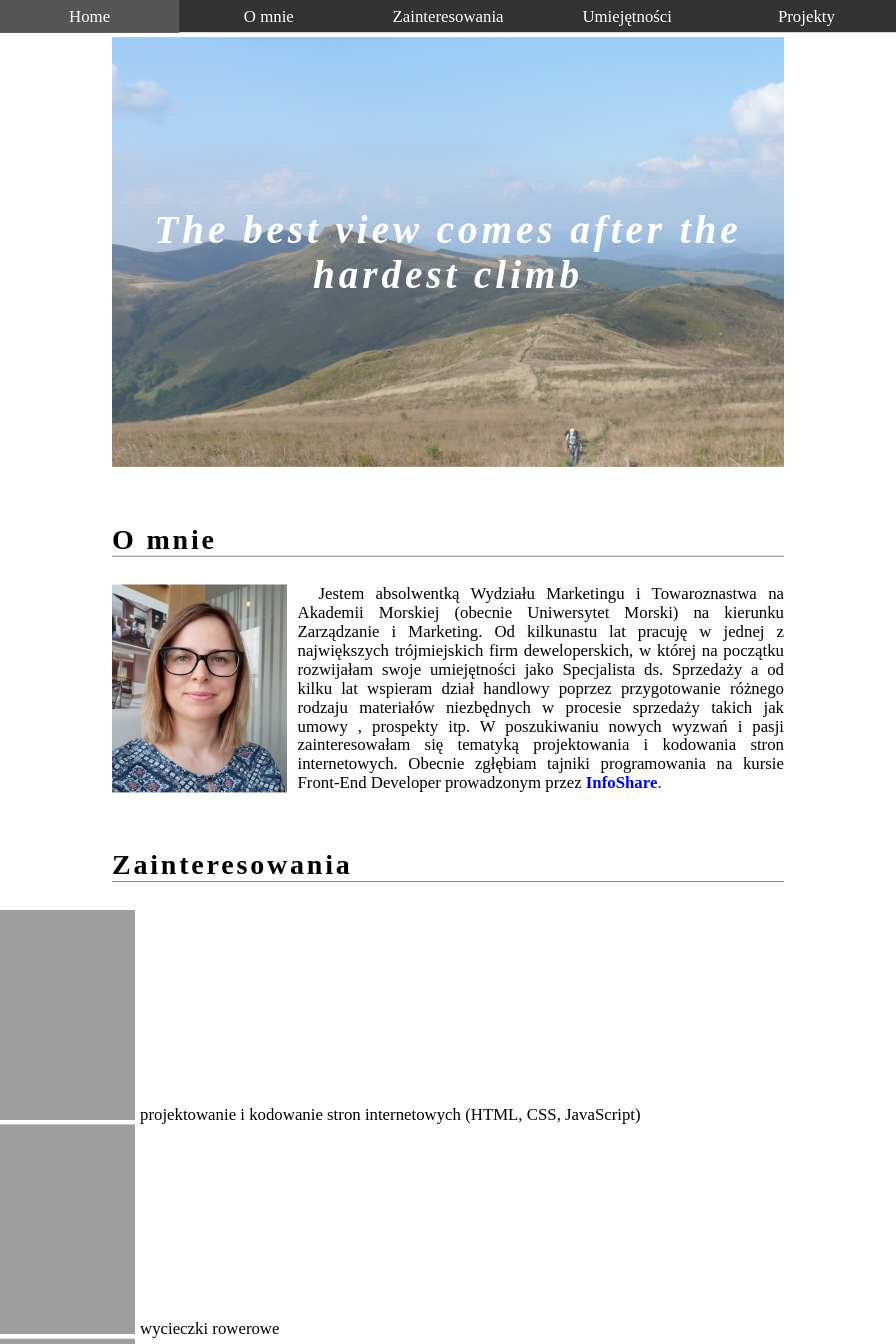
Repository: MagJaw/portfolio
Page: portfolio.html
These files come from the project's save history. The page is drawn as it stood at one moment and after the next save; the edit follows.
The browser window is 1280 px wide. The pictures show the part of the page from y = 0 to 1920 px (the page is 7757 px tall before and 7752 px after), at 70% of full size.

Above is the page before, as saved 2018-11-15 22:14:09.

After the next save:
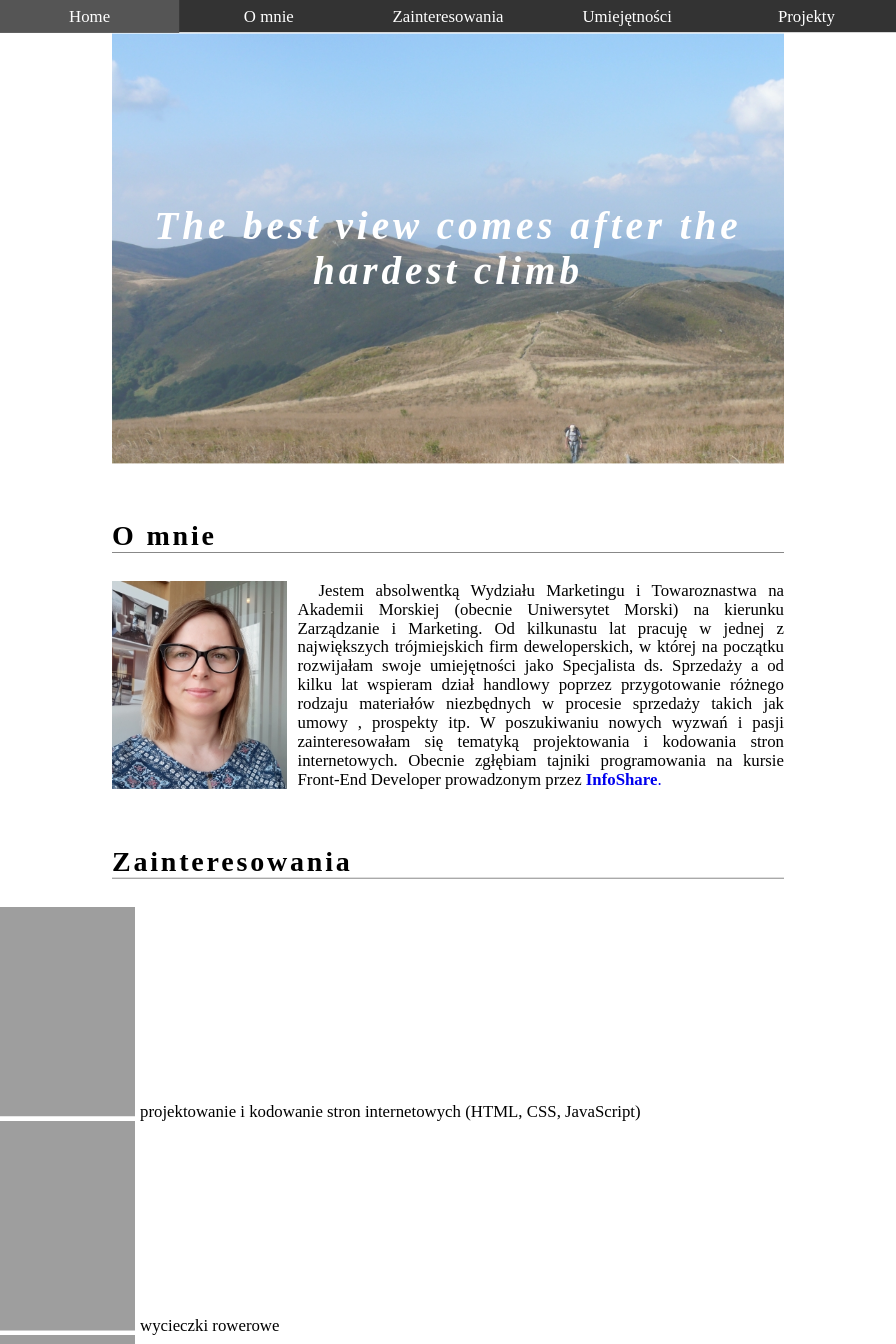
Saved 37 s later.
--- a/main.css
+++ b/main.css
@@ -229,7 +229,7 @@ flex: 1 1 0;
     }
 
 .motto__container {
-margin-top: 25px;
+margin-top: 20px;
 }
 
 /*.header__section {
